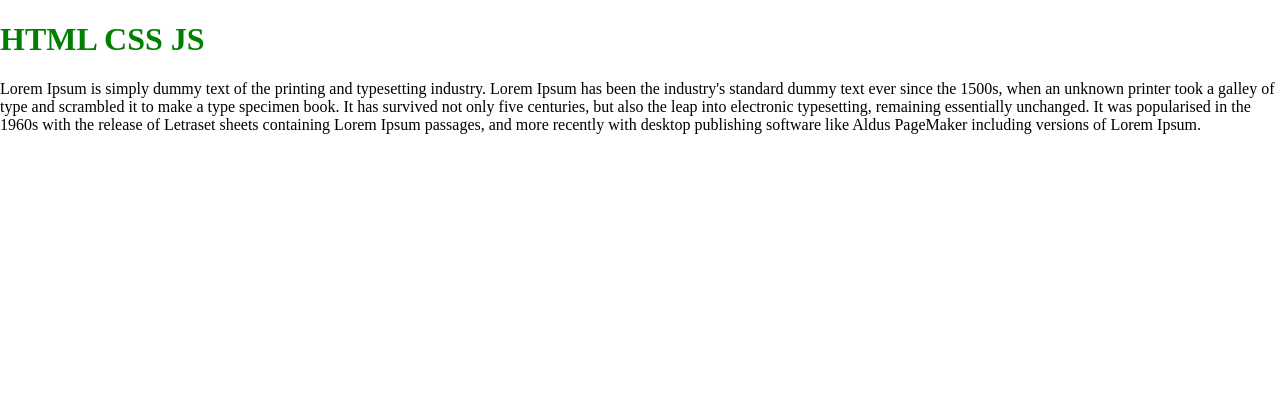
Repository: ufanodev/responsive-1
Page: index.html
An editor plug-in stored every save of this project. The page is shown before and after the next save, followed by the edit.
The browser window is 1280 px wide. The pictures show the whole page.

Above is the page before, as saved 2022-12-10 10:45:10.
Not found: js/app.js

After the next save:
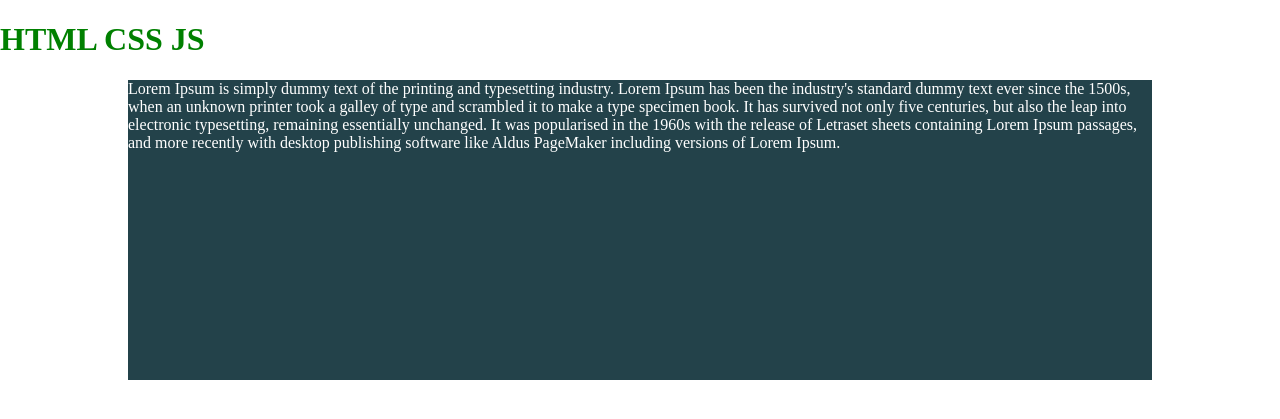
Saved 51 s later.
--- a/index.html
+++ b/index.html
@@ -11,10 +11,8 @@
     <h1>HTML CSS JS</h1>
   </header>
   <body>
-    <div class="parent">
-        <div class="child">
+    <div class="container">
           Lorem Ipsum is simply dummy text of the printing and typesetting industry. Lorem Ipsum has been the industry's standard dummy text ever since the 1500s, when an unknown printer took a galley of type and scrambled it to make a type specimen book. It has survived not only five centuries, but also the leap into electronic typesetting, remaining essentially unchanged. It was popularised in the 1960s with the release of Letraset sheets containing Lorem Ipsum passages, and more recently with desktop publishing software like Aldus PageMaker including versions of Lorem Ipsum.
-        </div>
     </div>
 	<script src="./js/app.js"></script>
   </body>
